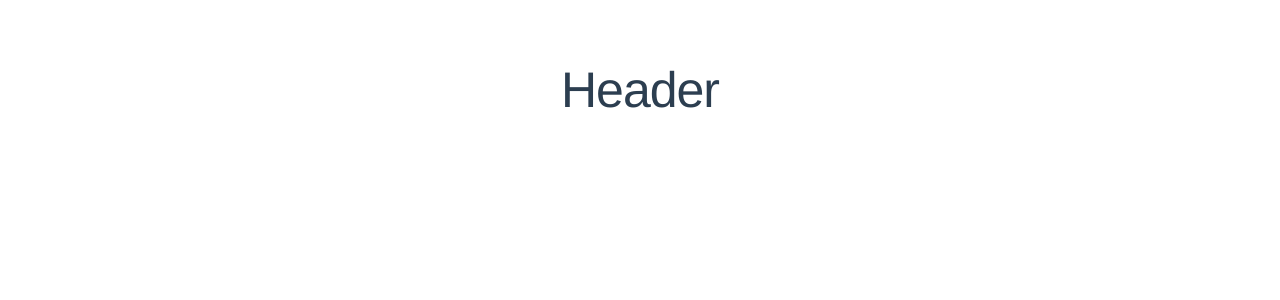
Repository: chsvk/Vue-JS-Course
Page: /
These files come from the project's save history. The page is drawn as it stood at one moment and after the next save; the edit follows.
The browser window is 1280 px wide. The pictures show the whole page.
The project was rebuilt for these pictures with package versions that can differ from the ones it lists, and the page was loaded fresh each time. Also part of the build but not shown: src/components/Footer.vue, src/components/Header.vue.

Above is the page before, as saved 2019-03-12 19:34:33.

### public/index.html
<!DOCTYPE html>
<html lang="en">
  <head>
    <meta charset="utf-8">
    <meta http-equiv="X-UA-Compatible" content="IE=edge">
    <meta name="viewport" content="width=device-width,initial-scale=1.0">
    <link rel="icon" href="<%= BASE_URL %>favicon.ico">
    <link rel="stylesheet" href="https://cdnjs.cloudflare.com/ajax/libs/skeleton/2.0.4/skeleton.min.css">
    <title>testproject</title>
  </head>
  <body>
    <noscript>
      <strong>We're sorry but testproject doesn't work properly without JavaScript enabled. Please enable it to continue.</strong>
    </noscript>
    <div id="app"></div>
    <!-- built files will be auto injected -->
  </body>
</html>

### src/App.vue
<template>
  <div id="app">
    <h1>Header</h1>
    <header/>
    <footer-component/>
  </div>
</template>

<script>
import Footer from '@/components/Footer'
import Header from './components/Header'
export default {
  name: 'app',
  components:{
    Header,
    Footer
  }
}
</script>

<style lang="scss">
#app {
  font-family: 'Avenir', Helvetica, Arial, sans-serif;
  -webkit-font-smoothing: antialiased;
  -moz-osx-font-smoothing: grayscale;
  text-align: center;
  color: #2c3e50;
  margin-top: 60px;
}
</style>

### src/components/newComponent.vue
<template>
    <h1>Compoenetn</h1>
</template>

<script>
export default {

}
</script>

<style>

</style>

Loaded but not shown: src/main.js (common file)

After the next save:
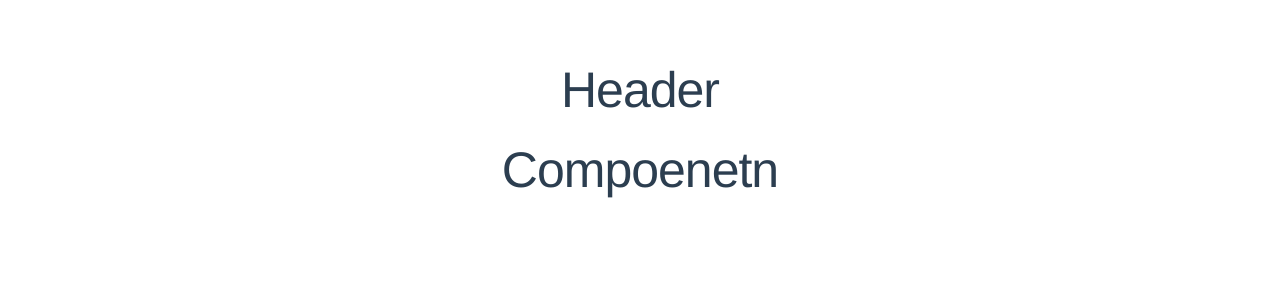
Saved 20 s later.
--- a/src/App.vue
+++ b/src/App.vue
@@ -3,17 +3,20 @@
     <h1>Header</h1>
     <header/>
     <footer-component/>
+    <component/>
   </div>
 </template>
 
 <script>
 import Footer from '@/components/Footer'
 import Header from './components/Header'
+import Component from '@/components/newComponent'
 export default {
   name: 'app',
   components:{
     Header,
-    Footer
+    Footer,
+    Component
   }
 }
 </script>
